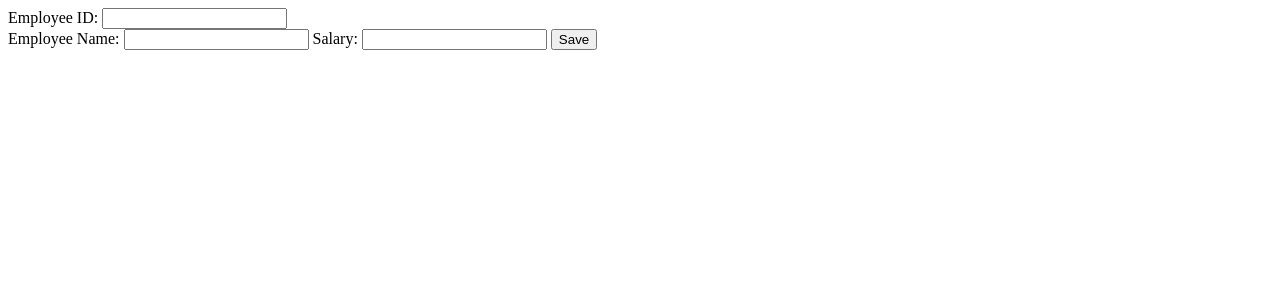
Repository: satyensingh/servlet-jsp-demos
Page: Day9/MVCDemo/WebContent/index.html
The author's editor kept a copy of each file at every save. The page is drawn from the files as they stood at one save, then again after the next save.
The browser window is 1280 px wide. The pictures show the whole page.

Above is the page before, as saved 2018-01-21 15:37:53.

### Day9/MVCDemo/WebContent/index.html
<!DOCTYPE html>
<html>
<head>
<meta charset="UTF-8">
<title>Insert title here</title>
</head>
<body>
<form action="">
	Employee ID: <input type="text" name="txtEmpId"/><br/>
	Employee Name: <input type="text" name="txtEmpName"/>
	Salary: <input type="text" name="txtEmpSalary"/>
	<input type="submit" value="Save"/>
</form>
</body>
</html>

After the next save:
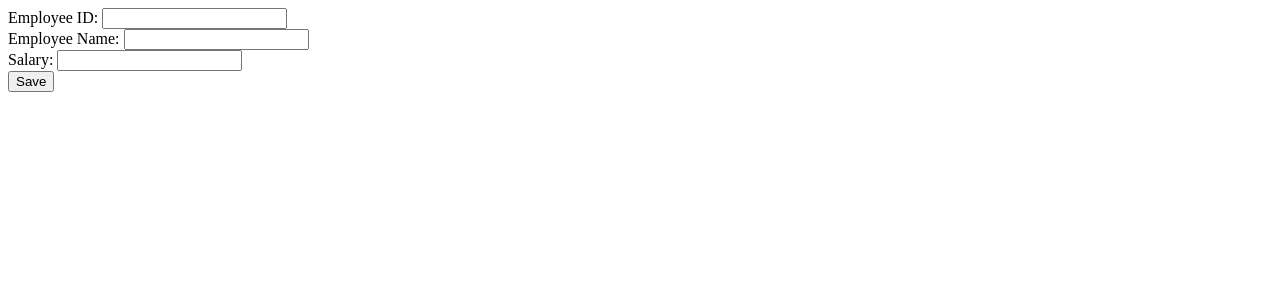
Saved 5 s later.
--- a/Day9/MVCDemo/WebContent/index.html
+++ b/Day9/MVCDemo/WebContent/index.html
@@ -7,8 +7,8 @@
 <body>
 <form action="">
 	Employee ID: <input type="text" name="txtEmpId"/><br/>
-	Employee Name: <input type="text" name="txtEmpName"/>
-	Salary: <input type="text" name="txtEmpSalary"/>
+	Employee Name: <input type="text" name="txtEmpName"/><br/>
+	Salary: <input type="text" name="txtEmpSalary"/><br/>
 	<input type="submit" value="Save"/>
 </form>
 </body>
